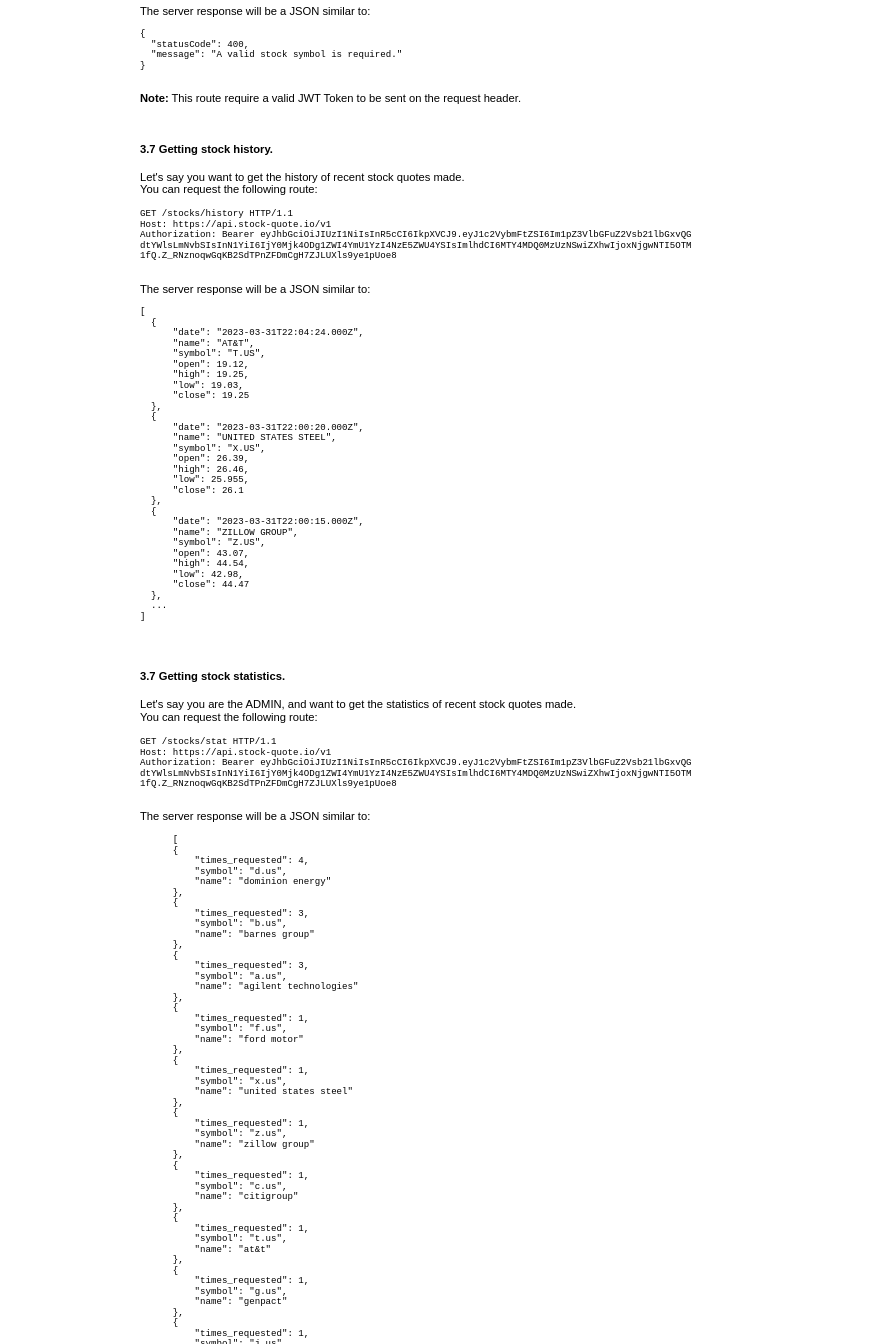
Repository: miguelamello/nest-js
Page: stock-service/documentation.html
An editor plug-in stored every save of this project. The page is shown before and after a run of saves, followed by the edit.
The browser window is 1280 px wide. The pictures show the part of the page from y = 4580 to 6500 px (the page is 7228 px tall), at 70% of full size.

Above is the page before, as saved 2023-04-03 11:34:58.

### stock-service/documentation.html
<!DOCTYPE html>
<html lang="en">
<head>
  <meta charset="UTF-8">
  <meta http-equiv="X-UA-Compatible" content="IE=edge">
  <meta name="viewport" content="width=device-width, initial-scale=1.0">
  <title>STOCK QUOTE MICROSERVICE</title>
  <style>
    body {
      font-family: Arial, Helvetica, sans-serif;
      padding: 3% 15%;
    }
    h3 {
      margin-top: 5%;
    }
    pre {
      margin: 0;
      overflow: auto;
    }
  </style>
</head>
<body>
  <h2>STOCK QUOTE MICROSERVICE DOCUMENTATION</h2>
  <p>
    This microservice aims to facilitate the acquisition of stock exchange quotes from various
    companies in US and UK. Please follow the documentation to get a complete understanding
    of how the service works.
  </p>

  <h3>1. Entrypoint</h3>
  <code>https://api.stock-quote.io/v1</code>
  <p>
    All routes starts from the entrypoint above. Accessing this entrypoint will
    retrieve the STOCK QUOTE MICROSERVICE DOCUMENTATION in a friendly presentation,
    as easy to read as this page can be.
  </p>

  <p>If you want for a more detailed documentation, you should navigate to the
    STOCK QUOTE MICROSERVICE SPECIFICATION where you will find more technical
    explanations about the service.
  </p>

  <pre>
GET /spec HTTP/1.1
Host: https://api.stock-quote.io/v1
  </pre>

  <h3>2. Authentication</h3>
  <p>A JSON Web Token (JWT) Authentication is required for some routes on the microservice.
    Below are listed the steps that must be followed to get a valid JWT Token. The token is
    a string similar to the following:
  </p>

  <pre>
eyJhbGciOiJIUzI1NiIsInR5cCI6IkpXVCJ9.eyJ1c2VybmFtZSI6Im1pZ3VlbGFuZ2Vsb21
lbGxvQGdtYWlsLmNvbSIsInN1YiI6IjY0Mjg2YmY0ZWE1OTAxNmQwNjg0MTJiYSIsImlhdCI6MTY4MDM3Mjc4OSwiZ
XhwIjoxNjgwNDU5MTg5fQ.6tP4CUwuBqWPXSu1aLEoy7kCQnCnvEBEXRHDIXUWLNo
  </pre>
  <p>

    <br><div><b>2.1 Signup to the service</b></div><br>

    <pre>
POST /auth/signup HTTP/1.1
Host: https://api.stock-quote.io/v1
Content-Type: application/x-www-form-urlencoded
Content-Length: 35

email=yourname@example.com
    </pre>

    <div>You must send a POST request to <code>/auth/signup</code> with POST BODY containing a valid email.
      You will receive a email with a link to confirm your email address. After the email confirmation,
      another email with your Username and Password will be sent to you. You should use this login
      information to get your JWT Token. Keep following.</div>
    </div>
  </p>

  <p>
    <br><div><b>2.2 Signin to the service</b></div><br>

    <pre>
POST /auth/signin HTTP/1.1
Host: https://api.stock-quote.io/v1
Content-Type: application/x-www-form-urlencoded
Content-Length: 77

email=yourname@example.com&
password=e49015be5ba9752ab634b5649045bc56
    </pre>

    <div>You must send a POST request to <code>/auth/signin</code> with POST BODY containing the
      confirmed email and the password you received by email. If login is valid you will
      receive a response with the JWT Token that you must use to access all the available
      routes on the microservice. The Route response will be a JWT Token similar to bellow.
    </div><br>

    <pre>
{
  "access_token": "eyJhbGciOiJIUzI1NiIsInR5cCI6IkpXVCJ9.eyJ1c2VybmFtZSI6Im1pZ3VlbGFuZ2Vsb21
  lbGxvQGdtYWlsLmNvbSIsInN1YiI6IjY0Mjg2YmY0ZWE1OTAxNmQwNjg0MTJiYSIsImlhdCI6MTY4MDM3Mjc4OSwiZ
  XhwIjoxNjgwNDU5MTg5fQ.6tP4CUwuBqWPXSu1aLEoy7kCQnCnvEBEXRHDIXUWLNo"
}
    </pre>

    <div>Note: You must annotate this token somewhere, since a JWT Token can not be generated
      again with the same hash. If you lose your token, you will have to repeat the steps above
      on item 2.2 to get a new token.
    </div><br>

  </p>

  <p>
    <div><b>2.3 Use the JWT Token to access the routes</b></div><br>

    <pre>
GET /stocks/aapl.us HTTP/1.1
Host: https://api.stock-quote.io/v1
Authorization: Bearer eyJhbGciOiJIUzI1NiIsInR5cCI6IkpXVCJ9.eyJ1c2VybmFtZSI6Im1pZ3VlbGFuZ2Vsb21
lbGxvQGdtYWlsLmNvbSIsInN1YiI6IjY0Mjg2YmY0ZWE1OTAxNmQwNjg0MTJiYSIsImlhdCI6MTY4MDM3Mjc4OSwiZXhwI
joxNjgwNDU5MTg5fQ.6tP4CUwuBqWPXSu1aLEoy7kCQnCnvEBEXRHDIXUWLNo
    </pre>

    <div>Here as an example, a request to the route <code>/stocks/aapl.us</code> is being made.
      You have to pay attention where you send the JWT Token in the request. The right place to
      send is in the HEADER of the request, using the field <code>Authorization:</code> and on the
      value side you write the JWT Token prefixing with <code>Bearer </code> keyword. This is a internet
      Standard for sending JWT Tokens.
    </div><br>

    <div>
      If everything is okay with your token, you can use it for up to 24 hours. After that, you will
      need to get a new token by following the steps above on item 2.2. Its a good idea to annotate
      the token and the password you received by email, so you can use it again in the future. However
      keep following to see how to reset your password.
    </div>
  </p>

  <h3>3. Routes</h3>

  <p>This microservice offers 8 routes, as listed below:</p>

  <pre>
GET /                     //-> Accessing API documentation
GET /specs                //-> Accessing API specification
POST /auth/signup         //-> Creating new user
POST /auth/signin         //-> Getting JWT Token
POST /auth/reset-password //-> Resetting your password
GET /stocks/{symbol}      //-> Getting stock quotation
GET /stocks/stats         //-> Getting stock statistics
GET /stocks/history       //-> Getting stock history
  </pre>

  <h4>3.1 Accessing API documentation.</h4>

  <p>
    <div>Let's say you want to access the documentation of this microservice.</div>
    <div>You can request the following route:</div><br>
    <pre>
GET / HTTP/1.1
Host: https://api.stock-quote.io/v1
    </pre>

    <p>The server response will be this page. Pretty straight.</p>
  </p>

  <br><h4>3.2 Accessing the API specification.</h4>

  <p>
    <div>Let's say you want to access the specification of this microservice.</div>
    <div>You can request the following route:</div><br>
    <pre>
GET /specs HTTP/1.1
Host: https://api.stock-quote.io/v1
    </pre>

    <p>The server response will be the page containing the API specification in detail.</p>
  </p>

  <br><h4>3.3 Creating new user.</h4>

  <p>
    <div>Let's say you want to create a new user.</div>
    <div>You can request the following route:</div><br>

    <pre>
POST /auth/signup HTTP/1.1
Host: https://api.stock-quote.io/v1
Content-Type: application/x-www-form-urlencoded
Content-Length: 77

email=yourname@example.com
    </pre>

    <p>The server response will be a JSON similar to:</p>

    <pre>
{
  "email": "josetrindade@ipp.com",
  "role": "user",
  "message": "User created successfully. Check your email for the password."
}
    </pre>

    <div>
      Note: The password will be sent to the email you provided. If you don't receive the email,
      check your spam folder. If you still don't receive the email, please contact us at
      <code>developers@stock-quote.io</code>
    </div>

    <br><h4>3.4 Getting JWT Token.</h4>

  <p>
    <div>Let's say you want to grab the JWT Token.</div>
    <div>You can request the following route:</div><br>

    <pre>
POST /auth/signin HTTP/1.1
Host: https://api.stock-quote.io/v1
Content-Type: application/x-www-form-urlencoded
Content-Length: 102

email=yourname@example.com&
password=e49015be5ba9752ab634b5649045bc56
    </pre>

    <p>The server response will be a JSON similar to:</p>

    <pre>
{
  "access_token": "eyJhbGciOiJIUzI1NiIsInR5cCI6IkpXVCJ9.eyJ1c2VybmFtZSI6Im1pZ3VlbGFuZ2Vsb21
  lbGxvQGdtYWlsLmNvbSIsInN1YiI6IjY0Mjg2YmY0ZWE1OTAxNmQwNjg0MTJiYSIsImlhdCI6MTY4MDM3Mjc4OSwiZ
  XhwIjoxNjgwNDU5MTg5fQ.6tP4CUwuBqWPXSu1aLEoy7kCQnCnvEBEXRHDIXUWLNo"
}
    </pre>

    <div>
      Note: The access_token is the JWT Token you will use to access the other routes.
      Please refer to item 2.3 to see how to use it.
    </div>

    <br><h4>3.5 Resetting your password.</h4>

  <p>
    <div>Suppose your forgot or lost your password.</div>
    <div>So you have to reset it, right?. </div>
    <div>You can request the following route:</div><br>

    <pre>
POST /auth/reset-password HTTP/1.1
Host: https://api.stock-quote.io/v1
Content-Type: application/x-www-form-urlencoded
Content-Length: 85

email=yourname@example.com
    </pre>

    <p>The server response will be a JSON similar to:</p>

    <pre>
{
  "email": "josetrindade@ipp.com",
  "role": "user",
  "message": "Password reseted successfully. Check your email for the password."
}
    </pre>

    <div>
      Note: The password will be sent to the email you provided since it exists as current user.
      If you don't receive the email, check your spam folder. If you still don't receive the email,
      please contact us at <code>developers@stock-quote.io</code>
    </div>

    <br><h4>3.6 Getting stock quotation.</h4>

  <p>
    <div><b>Example 3.6.1:</b></div>
    <div>Let's say you want to get the US stock quote of Apple Inc. (AAPL).</div>
    <div>You can request the following route:</div><br>
    <pre>
GET /stocks/t.us HTTP/1.1
Host: https://api.stock-quote.io/v1
Authorization: Bearer eyJhbGciOiJIUzI1NiIsInR5cCI6IkpXVCJ9.eyJ1c2VybmFtZSI6Impvc2V0cm
luZGFkZUBpcHAuY29tIiwic3ViIjoiNjQyOWNiYTU4M2JjYzAyZDQzNjY3NzgzIiwiaWF0IjoxNjgwNDYwNzQ4
LCJleHAiOjE2ODA1NDcxNDh9.FnLXfRf7x2kIjwYxHPb5NBxYOhrLcuSBF3Yzz-VkC8E
    </pre>

    <p>The server response will be a JSON similar to:</p>

    <pre>
{
  "symbol":"AAPL.US",
  "date":"2023-03-28",
  "time":"22:00:07",
  "open":157.97,
  "high":158.49,
  "low":155.98,
  "close":157.65,
  "volume":38112523,
  "name":"APPLE"
}
    </pre>
  </p>
  <p>
    <div><b>Example 3.6.2:</b></div>
    <div>Let's say you want to get the UK stock quote of HSBC HOLDINGS. (HSBA.UK).</div>
    <div>You can request the following endpoint:</div><br>
    <pre>
GET /stocks/hsbc.uk HTTP/1.1
Host: https://api.stock-quote.io/v1
Authorization: Bearer eyJhbGciOiJIUzI1NiIsInR5cCI6IkpXVCJ9.eyJ1c2VybmFtZSI6Impvc2V0cm
luZGFkZUBpcHAuY29tIiwic3ViIjoiNjQyOWNiYTU4M2JjYzAyZDQzNjY3NzgzIiwiaWF0IjoxNjgwNDYwNzQ4
LCJleHAiOjE2ODA1NDcxNDh9.FnLXfRf7x2kIjwYxHPb5NBxYOhrLcuSBF3Yzz-VkC8E
    </pre>

    <p>The server response will be a JSON similar to:</p>

    <pre>
{
  "symbol":"HSBA.UK",
  "date":"2023-03-28",
  "time":"17:39:12",
  "open":546,
  "high":549.3,
  "low":536.3,
  "close":541.1,
  "volume":21063071,
  "name":"HSBC HOLDINGS"
}
    </pre>
  </p>

  <p>
    <div><b>Example 3.6.3:</b></div>
    <div>Let's say you want to get the US Nasdaq stock quote of AMERICAN AIRLINES GROUP (AAL.US).</div>
    <div>However you mispelled the symbol.</div><br>
    <pre>
GET /stocks/aml.us HTTP/1.1
Host: https://api.stock-quote.io/v1
Authorization: Bearer eyJhbGciOiJIUzI1NiIsInR5cCI6IkpXVCJ9.eyJ1c2VybmFtZSI6Impvc2V0cm
luZGFkZUBpcHAuY29tIiwic3ViIjoiNjQyOWNiYTU4M2JjYzAyZDQzNjY3NzgzIiwiaWF0IjoxNjgwNDYwNzQ4
LCJleHAiOjE2ODA1NDcxNDh9.FnLXfRf7x2kIjwYxHPb5NBxYOhrLcuSBF3Yzz-VkC8E
    </pre>

    <p>The server response will be a JSON similar to:</p>

    <pre>
{
  "statusCode": 400,
  "message": "A valid stock symbol is required."
}
    </pre>

    <p>
      <b>Note:</b> This route require a valid JWT Token to be sent on the request header.
    </p>
  </p>

  <br><h4>3.7 Getting stock history.</h4>

  <p>
    <div>Let's say you want to get the history of recent stock quotes made.</div>
    <div>You can request the following route:</div><br>
    <pre>
GET /stocks/history HTTP/1.1
Host: https://api.stock-quote.io/v1
Authorization: Bearer eyJhbGciOiJIUzI1NiIsInR5cCI6IkpXVCJ9.eyJ1c2VybmFtZSI6Im1pZ3VlbGFuZ2Vsb21lbGxvQG
dtYWlsLmNvbSIsInN1YiI6IjY0Mjk4ODg1ZWI4YmU1YzI4NzE5ZWU4YSIsImlhdCI6MTY4MDQ0MzUzNSwiZXhwIjoxNjgwNTI5OTM
1fQ.Z_RNznoqwGqKB2SdTPnZFDmCgH7ZJLUXls9ye1pUoe8
    </pre>

    <p>The server response will be a JSON similar to:</p>

    <pre>
[
  {
      "date": "2023-03-31T22:04:24.000Z",
      "name": "AT&T",
      "symbol": "T.US",
      "open": 19.12,
      "high": 19.25,
      "low": 19.03,
      "close": 19.25
  },
  {
      "date": "2023-03-31T22:00:20.000Z",
      "name": "UNITED STATES STEEL",
      "symbol": "X.US",
      "open": 26.39,
      "high": 26.46,
      "low": 25.955,
      "close": 26.1
  },
  {
      "date": "2023-03-31T22:00:15.000Z",
      "name": "ZILLOW GROUP",
      "symbol": "Z.US",
      "open": 43.07,
      "high": 44.54,
      "low": 42.98,
      "close": 44.47
  },
  ...
]
    </pre>
  </p>

  <br><h4>3.7 Getting stock statistics.</h4>

  <p>
    <div>Let's say you are the ADMIN, and want to get the statistics of recent stock quotes made.</div>
    <div>You can request the following route:</div><br>
    <pre>
GET /stocks/stat HTTP/1.1
Host: https://api.stock-quote.io/v1
Authorization: Bearer eyJhbGciOiJIUzI1NiIsInR5cCI6IkpXVCJ9.eyJ1c2VybmFtZSI6Im1pZ3VlbGFuZ2Vsb21lbGxvQG
dtYWlsLmNvbSIsInN1YiI6IjY0Mjk4ODg1ZWI4YmU1YzI4NzE5ZWU4YSIsImlhdCI6MTY4MDQ0MzUzNSwiZXhwIjoxNjgwNTI5OTM
1fQ.Z_RNznoqwGqKB2SdTPnZFDmCgH7ZJLUXls9ye1pUoe8
    </pre>

    <p>The server response will be a JSON similar to:</p>

    <pre>
      [
      {
          "times_requested": 4,
          "symbol": "d.us",
          "name": "dominion energy"
      },
      {
          "times_requested": 3,
          "symbol": "b.us",
          "name": "barnes group"
      },
      {
          "times_requested": 3,
          "symbol": "a.us",
          "name": "agilent technologies"
      },
      {
          "times_requested": 1,
          "symbol": "f.us",
          "name": "ford motor"
      },
      {
          "times_requested": 1,
          "symbol": "x.us",
          "name": "united states steel"
      },
      {
          "times_requested": 1,
          "symbol": "z.us",
          "name": "zillow group"
      },
      {
          "times_requested": 1,
          "symbol": "c.us",
          "name": "citigroup"
      },
      {
          "times_requested": 1,
          "symbol": "t.us",
          "name": "at&t"
      },
      {
          "times_requested": 1,
          "symbol": "g.us",
          "name": "genpact"
      },
      {
          "times_requested": 1,
          "symbol": "j.us",
          "name": "jacobs solutions"
      },
      {
          "times_requested": 1,
          "symbol": "h.us",
          "name": "hyatt hotels"
      },
      {
          "times_requested": 1,
          "symbol": "k.us",
          "name": "kellogg"
      }
  ]
    </pre>
  </p>

  <h3>5. Error Responses</h3>

  <p>
    Server will respond with an Error Object Literal containing
    the status and the message of error. Errors can be triggered
    by the client itself, for example when sending mistyped endpoints
    or the server itself can trigger a Error when a
    task can not be completed for any reason.
  </p>

  <p>
    <code>{ "statusCode": number, "message": string }</code><br>
    <div>
      The object literal returned will contain two properties:
      "statusCode" with a number and "message" with the human readable text.
    </div>
  </p>

  <p>Exemple Error Message:</p>
  <p>
    <code>
      {"statusCode":400,"message":"Symbol must be a valid quote."}
    </code>
  </p>

  <h3>6. Disclaimer</h3>
  <p>
    This microservice should be used strictly as proposed in this documentation.
    Any usage that is not in accordance with the documentation may result in harmful
    consequences to the user. The authors of this service are not responsible for
    any misuse of the proposed microservice and its consequences. If you have any question,
    suggestion, information regarding the use of this service, please contact
    the authors at <b>developers@remote-stock.io</b>
  </p>

</body>
</html>

After the next 2 saves:
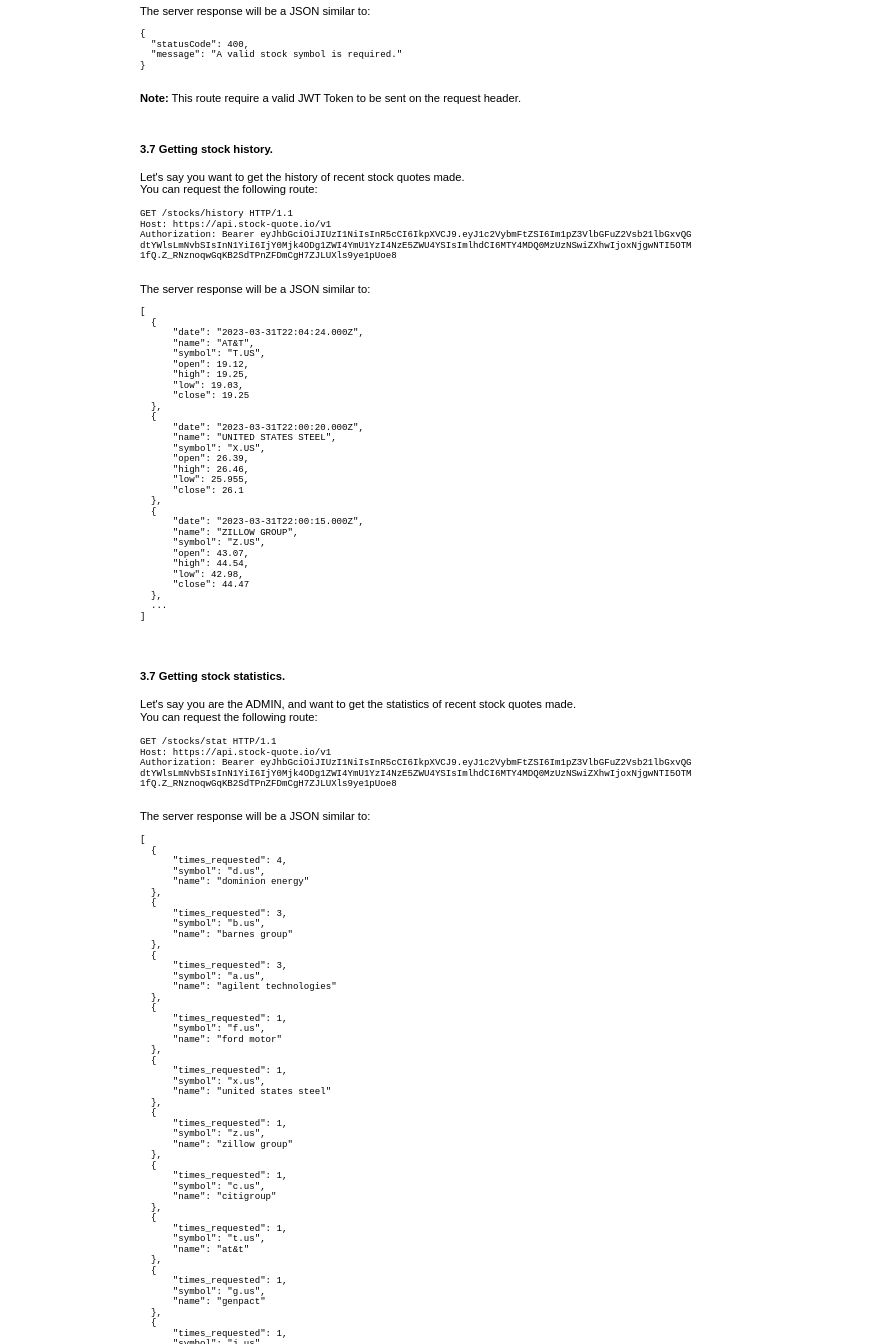
The 2 saves are shown as one change because they came seconds apart.
The last was saved 15 s later.
--- a/stock-service/documentation.html
+++ b/stock-service/documentation.html
@@ -421,68 +421,68 @@ dtYWlsLmNvbSIsInN1YiI6IjY0Mjk4ODg1ZWI4YmU1YzI4NzE5ZWU4YSIsImlhdCI6MTY4MDQ0MzUzNS
     <p>The server response will be a JSON similar to:</p>
 
     <pre>
-      [
-      {
-          "times_requested": 4,
-          "symbol": "d.us",
-          "name": "dominion energy"
-      },
-      {
-          "times_requested": 3,
-          "symbol": "b.us",
-          "name": "barnes group"
-      },
-      {
-          "times_requested": 3,
-          "symbol": "a.us",
-          "name": "agilent technologies"
-      },
-      {
-          "times_requested": 1,
-          "symbol": "f.us",
-          "name": "ford motor"
-      },
-      {
-          "times_requested": 1,
-          "symbol": "x.us",
-          "name": "united states steel"
-      },
-      {
-          "times_requested": 1,
-          "symbol": "z.us",
-          "name": "zillow group"
-      },
-      {
-          "times_requested": 1,
-          "symbol": "c.us",
-          "name": "citigroup"
-      },
-      {
-          "times_requested": 1,
-          "symbol": "t.us",
-          "name": "at&t"
-      },
-      {
-          "times_requested": 1,
-          "symbol": "g.us",
-          "name": "genpact"
-      },
-      {
-          "times_requested": 1,
-          "symbol": "j.us",
-          "name": "jacobs solutions"
-      },
-      {
-          "times_requested": 1,
-          "symbol": "h.us",
-          "name": "hyatt hotels"
-      },
-      {
-          "times_requested": 1,
-          "symbol": "k.us",
-          "name": "kellogg"
-      }
-  ]
+[
+  {
+      "times_requested": 4,
+      "symbol": "d.us",
+      "name": "dominion energy"
+  },
+  {
+      "times_requested": 3,
+      "symbol": "b.us",
+      "name": "barnes group"
+  },
+  {
+      "times_requested": 3,
+      "symbol": "a.us",
+      "name": "agilent technologies"
+  },
+  {
+      "times_requested": 1,
+      "symbol": "f.us",
+      "name": "ford motor"
+  },
+  {
+      "times_requested": 1,
+      "symbol": "x.us",
+      "name": "united states steel"
+  },
+  {
+      "times_requested": 1,
+      "symbol": "z.us",
+      "name": "zillow group"
+  },
+  {
+      "times_requested": 1,
+      "symbol": "c.us",
+      "name": "citigroup"
+  },
+  {
+      "times_requested": 1,
+      "symbol": "t.us",
+      "name": "at&t"
+  },
+  {
+      "times_requested": 1,
+      "symbol": "g.us",
+      "name": "genpact"
+  },
+  {
+      "times_requested": 1,
+      "symbol": "j.us",
+      "name": "jacobs solutions"
+  },
+  {
+      "times_requested": 1,
+      "symbol": "h.us",
+      "name": "hyatt hotels"
+  },
+  {
+      "times_requested": 1,
+      "symbol": "k.us",
+      "name": "kellogg"
+  }
+]
     </pre>
   </p>
 
